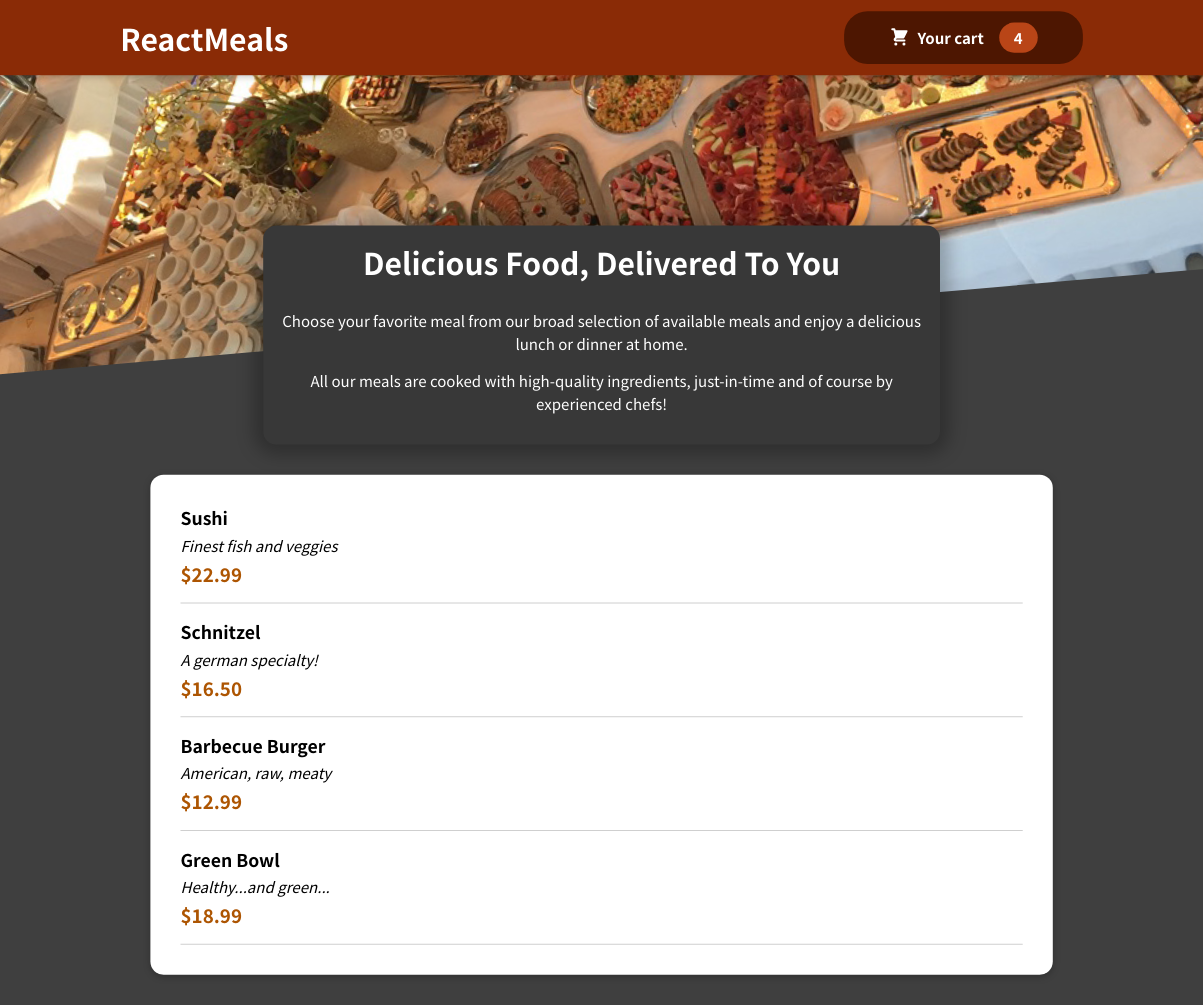
Repository: TonyHoukun-2022/React-foodApp-demo
Page: / (app in Desktop/REACT/React_FoodOrderApp/)
An editor plug-in stored every save of this project. The page is shown before and after the next save, followed by the edit.
The browser window is 1280 px wide. The pictures show the whole page, at 94% of full size.
The project was rebuilt for these pictures with package versions that can differ from the ones it lists, and the page was loaded fresh each time.

Above is the page before, as saved 2021-12-05 16:07:15.

### Desktop/REACT/React_FoodOrderApp/src/App.js
import React from "react"
import Header from "./components/Layout/Header"
import Meals from "./components/Meals/Meals"
function App() {
  return (
    <>
      <Header></Header>
      <main>
        <Meals></Meals>
      </main>
    </>
  )
}

export default App

### Desktop/REACT/React_FoodOrderApp/src/components/Layout/Header.js
import React from "react"
import headerImg from "../../assets/header.jpeg"
import styles from "./Header.module.css"
import HeaderCartButton from "./HeaderCartButton"
const Header = (props) => {
  return (
    <>
          <header className={styles.header}>
              <h1>ReactMeals</h1>
              <HeaderCartButton></HeaderCartButton>
          </header>
          <div className={styles['main-image']}>
              <img src={headerImg} alt="header-image" />
          </div>
    </>
  )
}
export default Header

### Desktop/REACT/React_FoodOrderApp/src/components/Meals/Meals.js
import React from "react";
import MealsSummary from "./MealsSummary";
import AvailableMeals from "./AvailableMeals";
const Meals = () => {
    return (
        <>
            <MealsSummary></MealsSummary>
            <AvailableMeals></AvailableMeals>
        </>
    )
}
export default Meals

### Desktop/REACT/React_FoodOrderApp/src/components/Layout/HeaderCartButton.js
import CartIcon from "../Cart/CartIcon"
import styles from "./HeaderCartButton.module.css"
const HeaderCartButton = props => {
    return (
        <button className={styles.button}>
            <span className={styles.icon}>
                <CartIcon></CartIcon>
            </span>
            <span>Your cart</span>
            <span className={styles.badge}>4</span>
        </button>
    )
 }
export default HeaderCartButton

### Desktop/REACT/React_FoodOrderApp/src/components/Meals/AvailableMeals.js
import styles from "./AvailableMeals.module.css"
import Card from "../UI/Card"
import MealItem from "./MealItem/MealItem"
const DUMMY_MEALS = [
  {
    id: "m1",
    name: "Sushi",
    description: "Finest fish and veggies",
    price: 22.99,
  },
  {
    id: "m2",
    name: "Schnitzel",
    description: "A german specialty!",
    price: 16.5,
  },
  {
    id: "m3",
    name: "Barbecue Burger",
    description: "American, raw, meaty",
    price: 12.99,
  },
  {
    id: "m4",
    name: "Green Bowl",
    description: "Healthy...and green...",
    price: 18.99,
  },
]
const AvailableMeals = () => {
    const mealsList = DUMMY_MEALS.map(meal => (
        <MealItem key={ meal.id} price={meal.price} name={meal.name} description={meal.description}></MealItem>
    ))
    return (
        <section className={styles.meals}>
            <Card>
                <ul>
                    {mealsList}
                </ul>
            </Card>
        </section>
    )
}
export default AvailableMeals

### Desktop/REACT/React_FoodOrderApp/src/components/Cart/CartIcon.js
const CartIcon = () => {
  return (
    <svg xmlns="http://www.w3.org/2000/svg" viewBox="0 0 20 20" fill="currentColor">
      <path d="M3 1a1 1 0 000 2h1.22l.305 1.222a.997.997 0 00.01.042l1.358 5.43-.893.892C3.74 11.846 4.632 14 6.414 14H15a1 1 0 000-2H6.414l1-1H14a1 1 0 00.894-.553l3-6A1 1 0 0017 3H6.28l-.31-1.243A1 1 0 005 1H3zM16 16.5a1.5 1.5 0 11-3 0 1.5 1.5 0 013 0zM6.5 18a1.5 1.5 0 100-3 1.5 1.5 0 000 3z" />
    </svg>
  )
}

export default CartIcon

### Desktop/REACT/React_FoodOrderApp/src/components/Layout/HeaderCartButton.module.css
.button {
  cursor: pointer;
  font: inherit;
  border: none;
  background-color: #4d1601;
  color: white;
  padding: 0.75rem 3rem;
  display: flex;
  justify-content: space-around;
  align-items: center;
  border-radius: 25px;
  font-weight: bold;
}

.button:hover,
.button:active {
  background-color: #2c0d00;
}

.icon {
  width: 1.35rem;
  height: 1.35rem;
  margin-right: 0.5rem;
}

.badge {
  background-color: #b94517;
  padding: 0.25rem 1rem;
  border-radius: 25px;
  margin-left: 1rem;
  font-weight: bold;
}

.button:hover .badge,
.button:active .badge {
  background-color: #92320c;
}

.bump {
  animation: bump 300ms ease-out;
}

@keyframes bump {
  0% {
    transform: scale(1);
  }
  10% {
    transform: scale(0.9);
  }
  30% {
    transform: scale(1.1);
  }
  50% {
    transform: scale(1.15);
  }
  100% {
    transform: scale(1);
  }
}

### Desktop/REACT/React_FoodOrderApp/src/components/UI/Card.js
import styles from "./Card.module.css"
const Card = (props) => {
    return (
        <div className={styles.card}>{ props.children}</div>
    )
}
export default Card

### Desktop/REACT/React_FoodOrderApp/src/components/Meals/MealItem/MealItem.js
import MealItemForm from "./MealItemForm"
import styles from "./MealItem.module.css"
const MealItem = props => {
    //price is set to be like $xx.xx
    const price =`$${props.price.toFixed(2)}`
    return (
        <li className={styles.meal}>
            <div>
                <h3>{props.name}</h3>
                <div className={styles.description}>{props.description}</div>
                <div className={styles.price}>{ price}</div>
            </div>
            <div>

            </div>
        </li>
    )
}
export default MealItem

### Desktop/REACT/React_FoodOrderApp/src/components/Meals/MealItem/MealItemForm.js
import styles from "./MealItemForm.module.css"
const MealItemForm = (props) => {
    return (
        <form className={ styles.form} action="">
            <input type="text" />
            <button>Add</button>
        </form>
    )

}
export default MealItemForm

Loaded but not shown: Desktop/REACT/React_FoodOrderApp/public/index.html (common file); Desktop/REACT/React_FoodOrderApp/src/index.js (common file); Desktop/REACT/React_FoodOrderApp/src/index.css (common file); Desktop/REACT/React_FoodOrderApp/src/components/Layout/Header.module.css (common file); Desktop/REACT/React_FoodOrderApp/src/components/Meals/MealsSummary.js (common file); Desktop/REACT/React_FoodOrderApp/src/components/Meals/MealsSummary.module.css (common file); Desktop/REACT/React_FoodOrderApp/src/components/Meals/AvailableMeals.module.css (common file); Desktop/REACT/React_FoodOrderApp/src/components/UI/Card.module.css (common file); Desktop/REACT/React_FoodOrderApp/src/components/Meals/MealItem/MealItem.module.css (common file); Desktop/REACT/React_FoodOrderApp/src/components/Meals/MealItem/MealItemForm.module.css (common file)

After the next save:
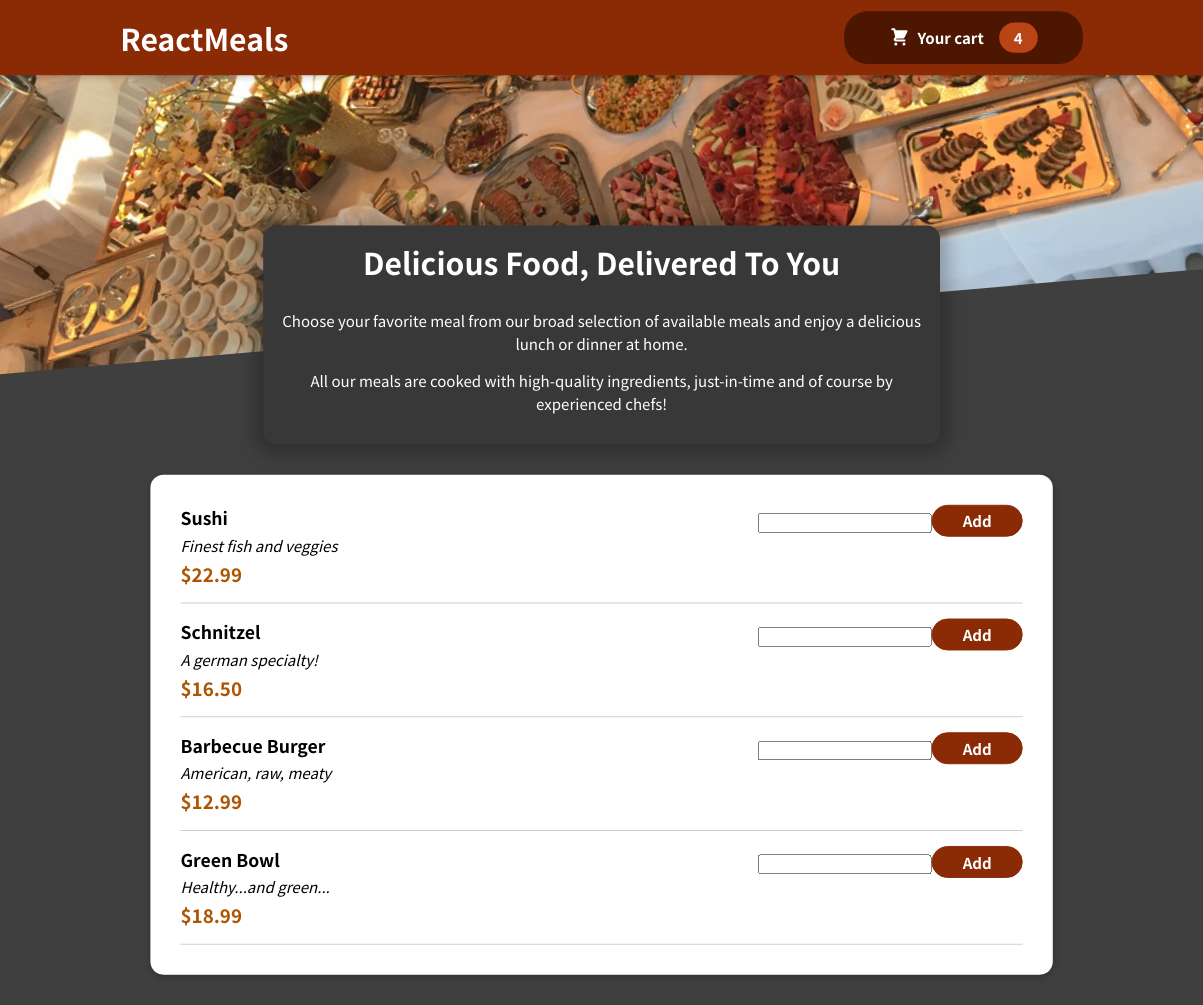
Saved 19 s later.
--- a/Desktop/REACT/React_FoodOrderApp/src/components/Meals/MealItem/MealItem.js
+++ b/Desktop/REACT/React_FoodOrderApp/src/components/Meals/MealItem/MealItem.js
@@ -11,7 +11,7 @@ const MealItem = props => {
                 <div className={styles.price}>{ price}</div>
             </div>
             <div>
-
+                <MealItemForm></MealItemForm>
             </div>
         </li>
     )
